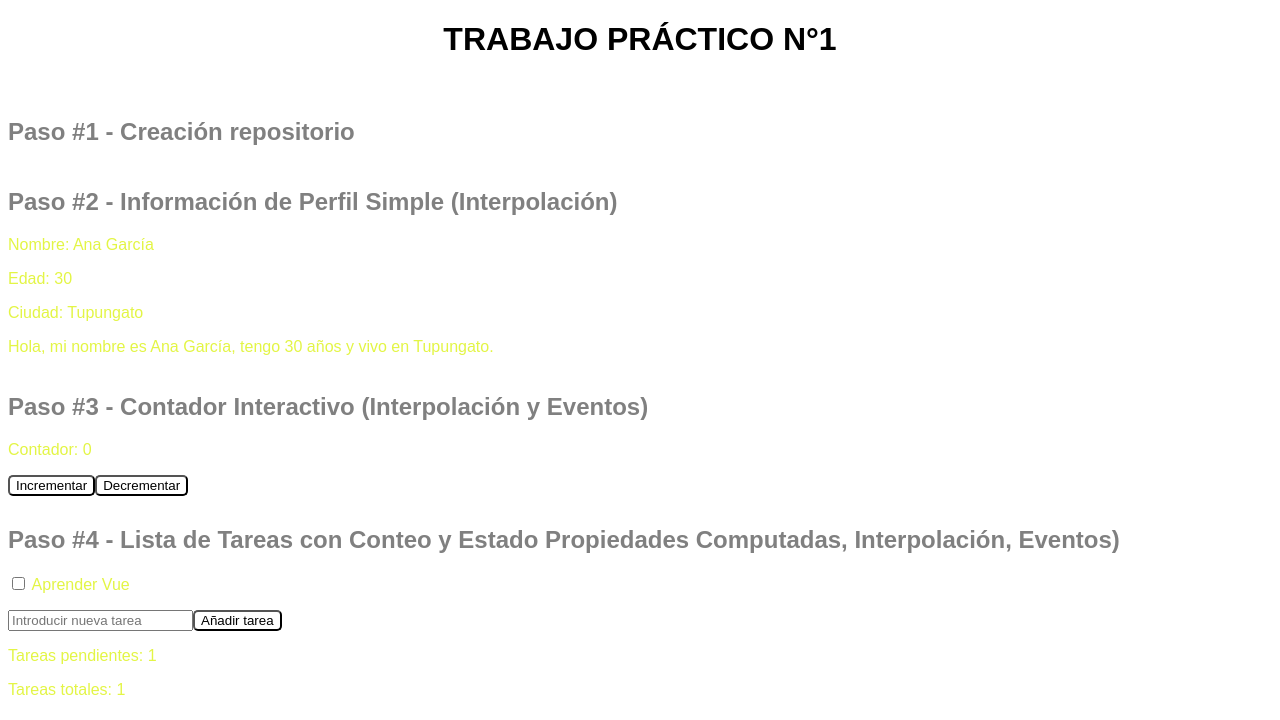
Repository: SofiaSferco/PWA
Page: practico01/index.html
The author's editor kept a copy of each file at every save. The page is drawn from the files as they stood at one save, then again after the next save.
The browser window is 1280 px wide. The pictures show the whole page.

Above is the page before, as saved 2025-10-03 14:26:57.

### practico01/index.html
<!DOCTYPE html>
<html lang="en">
<head>
    <meta charset="UTF-8">
    <title>Trabajo Práctico 1</title>
    <script src="https://unpkg.com/vue@3/dist/vue.global.js"></script>
</head>
<body>
    <div id="app">
        <h1>TRABAJO PRÁCTICO N°1</h1>
        <br>
        <h2>Paso #1 - Creación repositorio</h2>
        <hr>
        <h2>{{ segundopaso }}</h2>
            <p>Nombre: {{ nombre }}</p>
            <p>Edad: {{ edad }}</p>
            <p>Ciudad: {{ ciudad }}</p>
            <p>Hola, mi nombre es {{ nombre }}, tengo {{ edad }} años y vivo en {{ ciudad }}.</p>
        <hr>
        <h2>{{ tercerpaso }}</h2>
            <p>Contador: {{ contador }}</p>
            <button v-on:click="contador++">Incrementar</button>
            <button @click="contador--">Decrementar</button>
        <hr>
        <h2>{{cuartopaso}}</h2>
        <ul>
            <li v-for="tarea in tareas" :key="tarea.id" :class="{tachar: tarea.completada}"><input type="checkbox" v-model="tarea.completada"> {{tarea.texto}}</li>
        </ul>
        <input v-model="nuevaTarea" placeholder="Introducir nueva tarea">
        <button @click="agregarTarea">Añadir tarea</button>
        <p>Tareas pendientes: {{tareasPendientes}}</p>
        <p>Tareas totales: {{tareasTotales}}</p>



    </div>
    <script>
        const { createApp } = Vue;
        createApp({
            data() {
                return {
                    segundopaso: 'Paso #2 - Información de Perfil Simple (Interpolación)',
                    nombre: 'Ana García',
                    edad: 30,
                    ciudad: 'Tupungato',
                    tercerpaso: 'Paso #3 - Contador Interactivo (Interpolación y Eventos)',
                    contador: 0,
                    cuartopaso: 'Paso #4 - Lista de Tareas con Conteo y Estado Propiedades Computadas, Interpolación, Eventos)',
                    nuevaTarea: '',
                    tareas: [{
                        id: 1,
                        texto: "Aprender Vue",
                        completada: false
                    }
                    ]
               }
            }, methods: {
                agregarTarea() {
                    if (this.nuevaTarea != "") { //asi como está admite espacios y permito agregar tareas vacias si uso this.nuevaTarea.trim() ahi limito eso
                        this.tareas.push({
                            id: this.tareas.length +1,
                            texto: this.nuevaTarea,
                            completada: false
                        })
                        }
                    this.nuevaTarea = '';
                    }
                }, computed: {
                    tareasPendientes() {
                        return this.tareas.filter (tarea => !tarea.completada).length;
                    },
                     tareasTotales() {
                        return this.tareas.length;
                    }
                }
            },
        ).mount('#app');
    </script>
</body>
<style>
    body {
        font-family: Arial, Helvetica, sans-serif;
        color: rgb(227, 245, 69)
    }
    h1{
        text-align: center;
        color: black;
    }
    h2 {
        color: gray;
    }
    hr {
        border: 1px solid #ffff;
        }
    button {
        background-color: #ffff;
        color: black;
        cursor: pointer;
        border-radius: 5px;
    }
    button:hover {
        background-color: rgb(177, 177, 240);
    }
    ul {
        list-style-type: none;
        padding-left: 0px;
    }
    .tachar{
        text-decoration: line-through;
        color: gray
    }
    input[type="checkbox"] {
        cursor: pointer;
    }
</style>
</html>

After the next save:
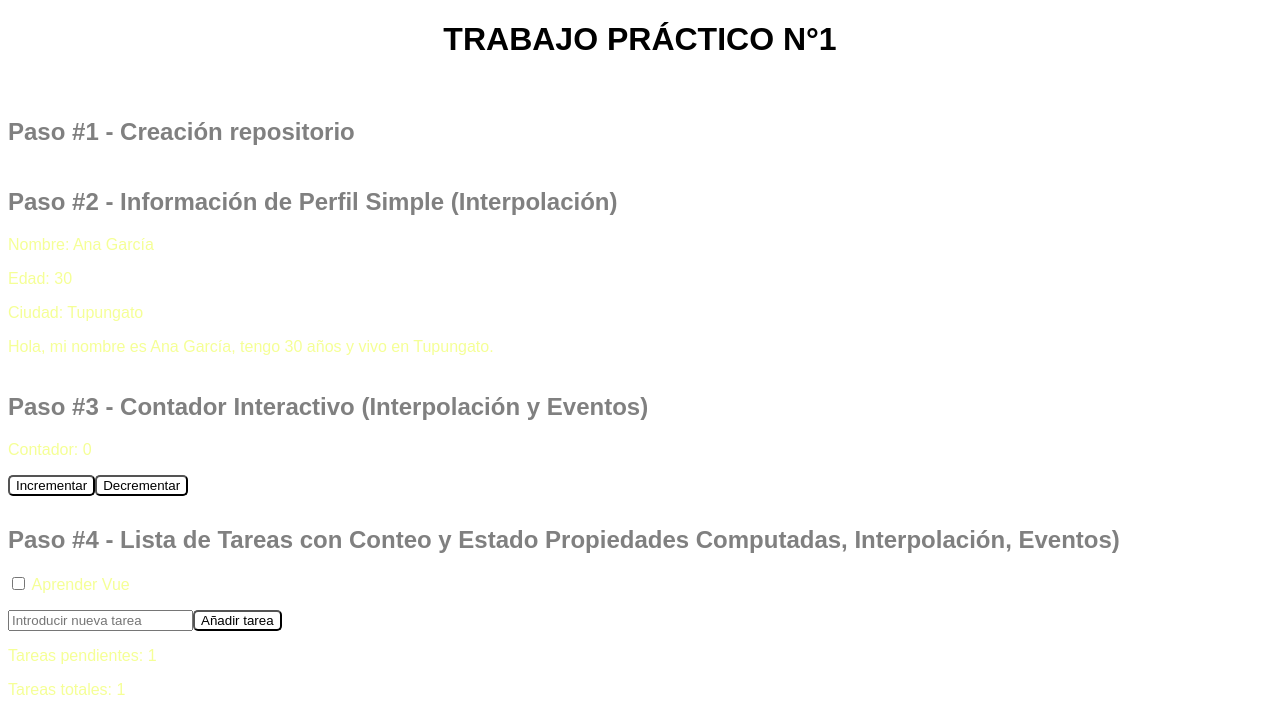
Saved 25 s later.
--- a/practico01/index.html
+++ b/practico01/index.html
@@ -80,7 +80,7 @@
 <style>
     body {
         font-family: Arial, Helvetica, sans-serif;
-        color: rgb(227, 245, 69)
+        color: rgb(245, 255, 150)
     }
     h1{
         text-align: center;

After the save that followed:
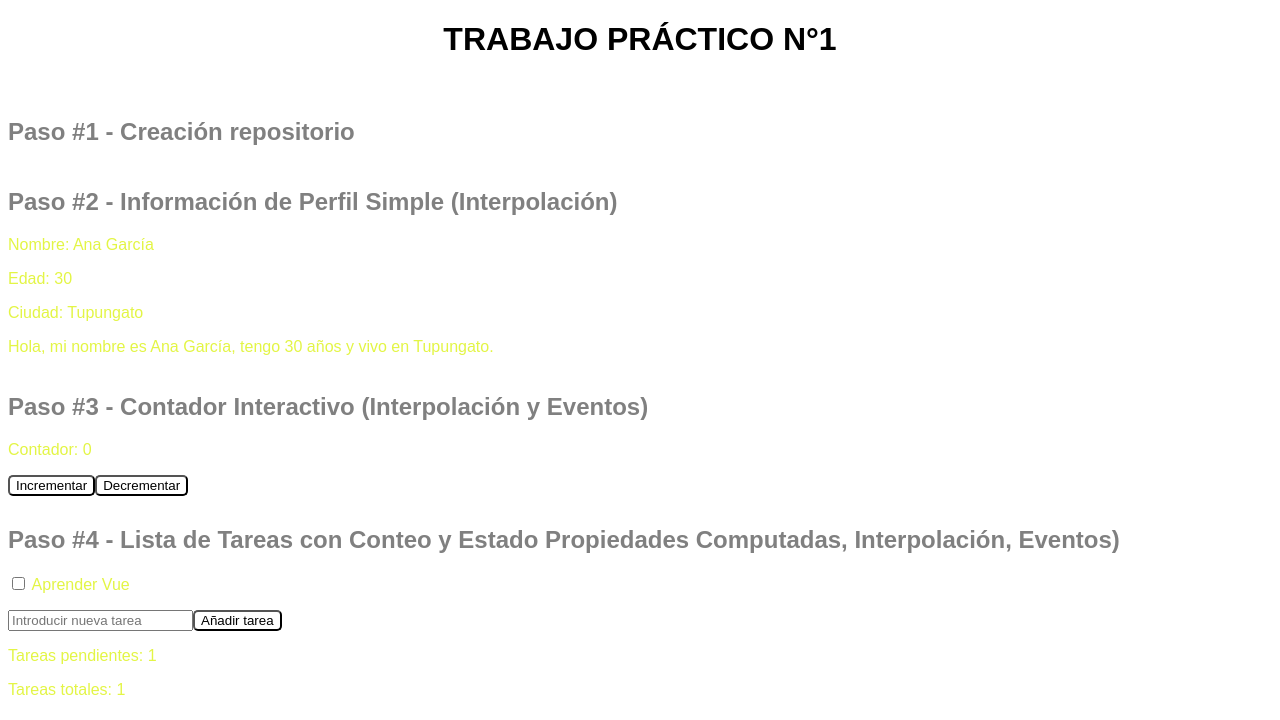
Saved 11 s later.
--- a/practico01/index.html
+++ b/practico01/index.html
@@ -80,7 +80,7 @@
 <style>
     body {
         font-family: Arial, Helvetica, sans-serif;
-        color: rgb(245, 255, 150)
+        color: rgb(227, 245, 69)
     }
     h1{
         text-align: center;
